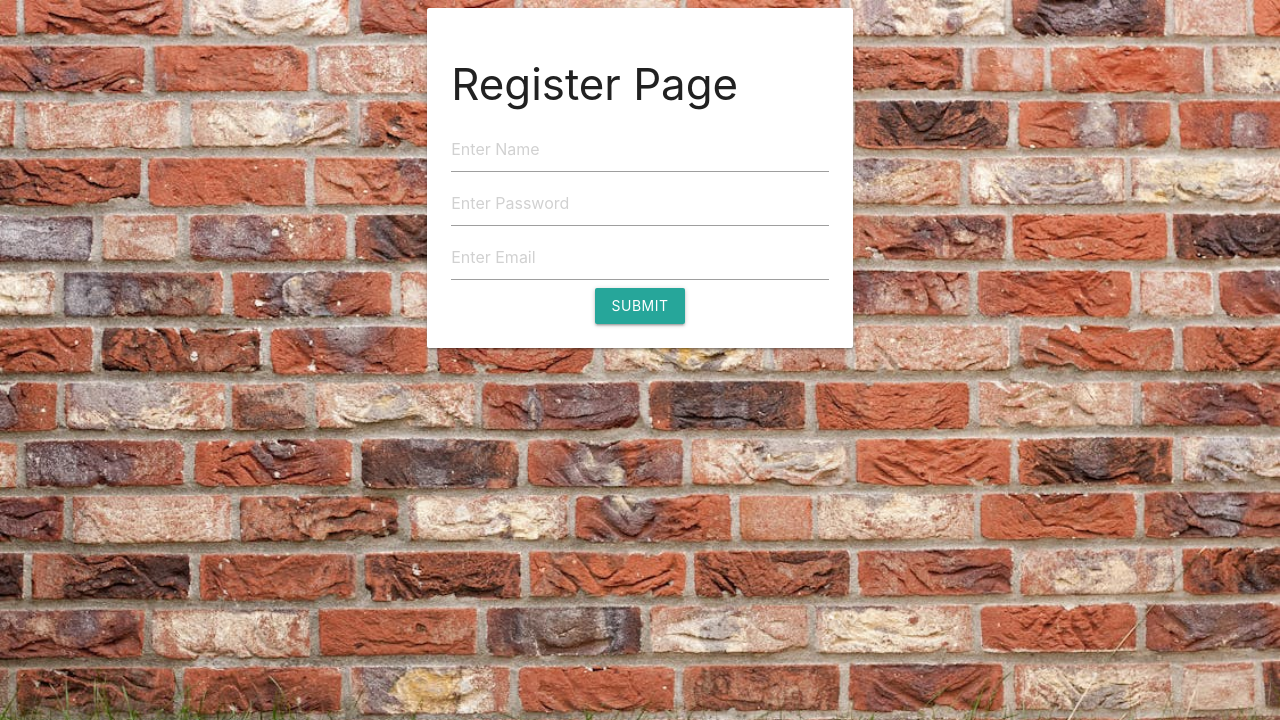
Repository: nin19/advance_java
Page: http://localhost/register-module/
An editor plug-in stored every save of this project. The page is shown before and after the next save, followed by the edit.
The browser window is 1280 px wide. The pictures show the whole page.
The page is served by Tomcat 9.

Above is the page before, as saved 2024-10-19 08:35:07.

After the next save:
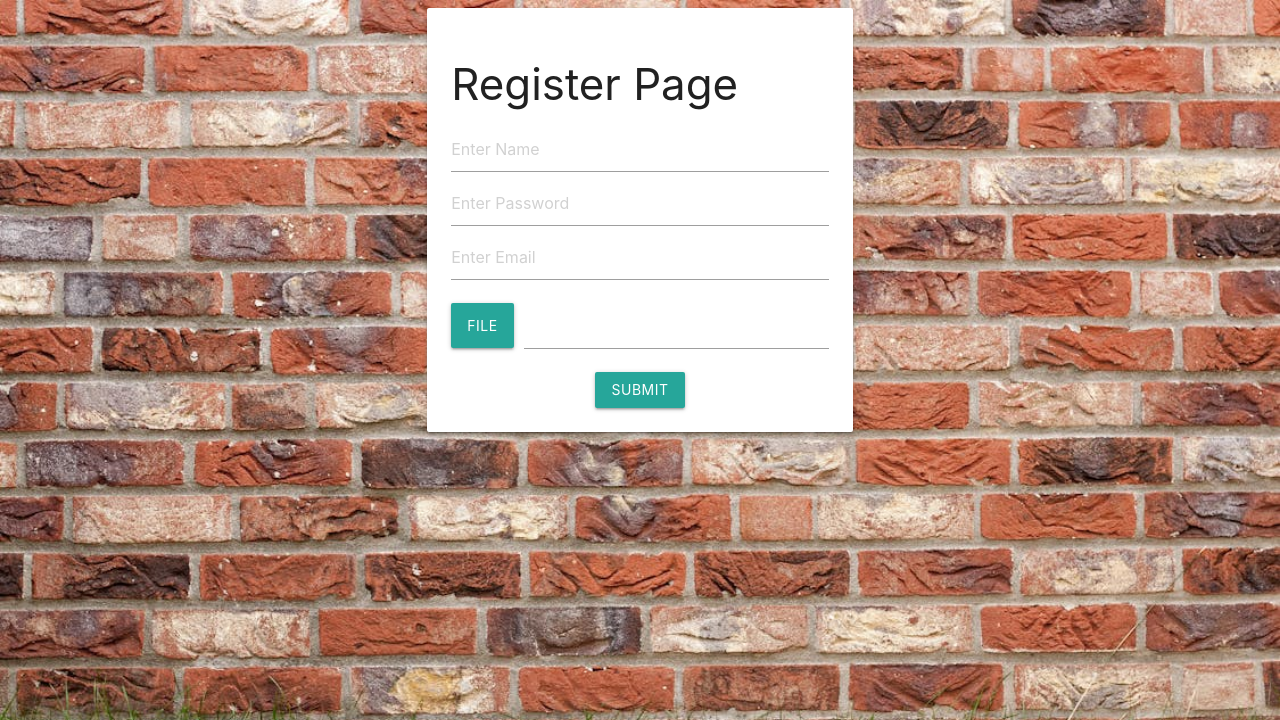
Saved 8 min 34 s later.
--- a/servlet/register-module/src/main/webapp/signup.jsp
+++ b/servlet/register-module/src/main/webapp/signup.jsp
@@ -25,7 +25,15 @@
 								<input type="text" name="user_name" placeholder="Enter Name"/>
 								<input type="password" name="user_password" placeholder="Enter Password"/>
 								<input type="email" name="user_email" placeholder="Enter Email"/>
-
+								<div class="file-field input-field">
+							      <div class="btn">
+							        <span>File</span>
+							        <input type="file">
+							      </div>
+							      <div class="file-path-wrapper">
+							        <input class="file-path validate" type="text">
+							      </div>
+							    </div>
 								<button type="submit" class="btn">Submit</button>
 							</form>
 						</div>
